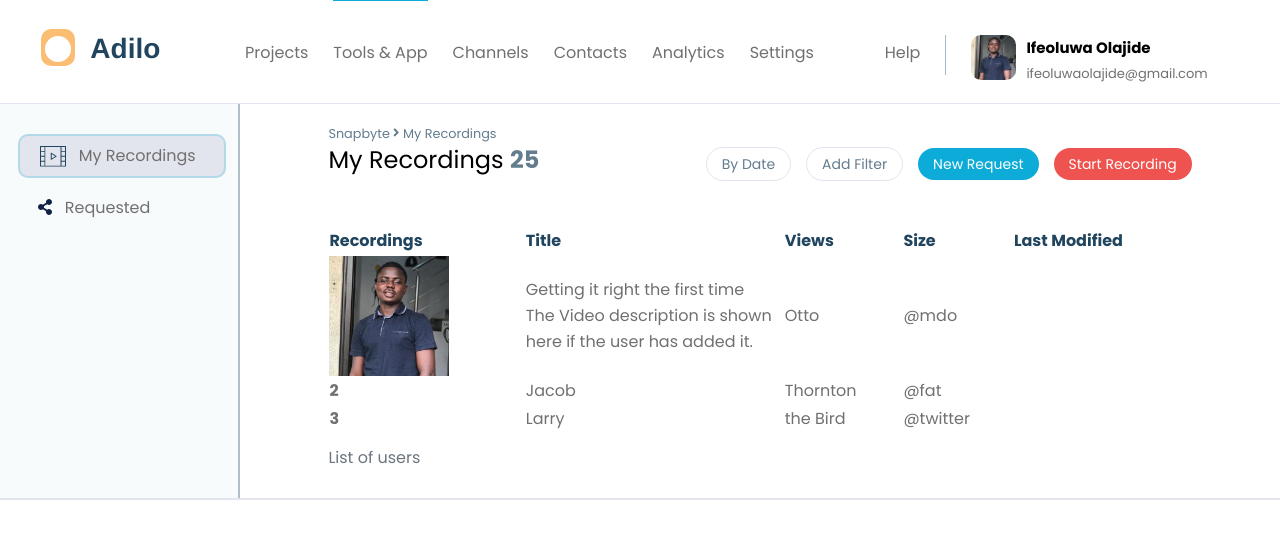
Repository: olhighjay/video_recorder
Page: /
The author's editor kept a copy of each file at every save. The page is drawn from the files as they stood at one save, then again after the next save.
The browser window is 1280 px wide. The pictures show the whole page.
Some web libraries are served in a nearby version. The project was rebuilt for these pictures with package versions that can differ from the ones it lists, and the page was loaded fresh each time. Also part of the build but not shown: vue.config.js.

Above is the page before, as saved 2022-07-29 06:11:11.

### public/index.html
<!DOCTYPE html>
<html lang="">
  <head>
    <meta charset="utf-8">
    <meta http-equiv="X-UA-Compatible" content="IE=edge">
    <meta name="viewport" content="width=device-width,initial-scale=1.0">
    <link rel="icon" href="<%= BASE_URL %>favicon.ico">
    <title><%= htmlWebpackPlugin.options.title %></title>
    <link rel="stylesheet" href="https://cdn.jsdelivr.net/npm/bootstrap@4.0.0/dist/css/bootstrap.min.css" integrity="sha384-Gn5384xqQ1aoWXA+058RXPxPg6fy4IWvTNh0E263XmFcJlSAwiGgFAW/dAiS6JXm" crossorigin="anonymous">
    <link rel="stylesheet" href="https://cdnjs.cloudflare.com/ajax/libs/font-awesome/5.1.0/css/all.css" integrity="sha512-ajhUYg8JAATDFejqbeN7KbF2zyPbbqz04dgOLyGcYEk/MJD3V+HJhJLKvJ2VVlqrr4PwHeGTTWxbI+8teA7snw==" crossorigin="anonymous" referrerpolicy="no-referrer" />
  </head>
  <body>
    <noscript>
      <strong>We're sorry but <%= htmlWebpackPlugin.options.title %> doesn't work properly without JavaScript enabled. Please enable it to continue.</strong>
    </noscript>
    <div id="app"></div>
    <!-- built files will be auto injected -->

    <script src="https://cdnjs.cloudflare.com/ajax/libs/font-awesome/5.1.0/js/all.js" integrity="sha512-vn7pO1RiR0IT5T9K+USTmMfkTaecOtFtCCV0JvT+j8ZPBujq6C3P5J2sHttG7D41pBPqLCih+7lIXamnFodtUw==" crossorigin="anonymous" referrerpolicy="no-referrer"></script>
    <script src="https://code.jquery.com/jquery-3.2.1.slim.min.js" integrity="sha384-KJ3o2DKtIkvYIK3UENzmM7KCkRr/rE9/Qpg6aAZGJwFDMVNA/GpGFF93hXpG5KkN" crossorigin="anonymous"></script>
<script src="https://cdn.jsdelivr.net/npm/popper.js@1.12.9/dist/umd/popper.min.js" integrity="sha384-ApNbgh9B+Y1QKtv3Rn7W3mgPxhU9K/ScQsAP7hUibX39j7fakFPskvXusvfa0b4Q" crossorigin="anonymous"></script>
<script src="https://cdn.jsdelivr.net/npm/bootstrap@4.0.0/dist/js/bootstrap.min.js" integrity="sha384-JZR6Spejh4U02d8jOt6vLEHfe/JQGiRRSQQxSfFWpi1MquVdAyjUar5+76PVCmYl" crossorigin="anonymous"></script>
  </body>
</html>

### src/App.vue
<template>
  <!-- <img alt="Vue logo" src="./assets/logo.png"> -->
  <div>
    <navbar></navbar>
    <div id="main-flex">
      <div class="my-sidebar">
        <ul class="my-sidebar-items">
            <li class="sidebar-item-active"> <img src="./assets/video-player.png" alt=""> &nbsp; My Recordings</li>
            <li> <i class="fa fa-share-alt" style="color:#102346"></i> &nbsp; Requested</li>
        </ul>
      </div>
        <div class="my-main">
          <div class="my-main-container">
            <div><small class="breadcrumbs">Snapbyte <i class="fa fa-angle-right" style="font-weight:200"></i> My Recordings</small></div>
            <div class="subheading-tab">
              <div> <span class="my-recordings">My Recordings </span><span class="my-recordings-count">25</span> </div>
              <div>
                <button class="sub-heading-btn white-btn">By Date</button>
                <button class="sub-heading-btn white-btn">Add Filter</button>
                <button class="sub-heading-btn blue-btn">New Request</button>
                <button class="sub-heading-btn red-btn">Start Recording</button>
              </div>
            </div>
            <!-- <div style="border: 1px dashed #A3BAC6; margin-top:30px;
              border-radius: 38px;
              opacity: 1; padding-top:105.9px; padding-bottom:68.5px">
              <p style="color: #000; font-size: 22px; text-align:center; font-weight:medium; margin-top:56px">Say hello to the world!</p>
              <p style="color: #637C8E; font-size: 14px; text-align:center;">Record your first video/audio and share it what your team, friends, <br />followers and customers.</p>
              <div class="text-center">
                <button class="sub-heading-btn red-btn">Start Recording</button>
                <button class="sub-heading-btn blue-btn">New Request</button>
              </div>
            </div>
            <div class="footer" style="margin-top:42px; margin-bottom: 140px">
              <div>

              </div>
              <div>
                <p style="font-size: 26px; color:#21455E">Want more controls & better <br />quality recording?</p>
                <button class="sub-heading-btn blue-btn">Download the desktop recorder</button>
              </div>
            </div> -->
            <div class="table-responsive-xl" style="margin-top:46.1px">
              <table class="">
  <caption>List of users</caption>
  <thead>
    <tr>
      <th scope="col" style="color:#21455E">Recordings</th>
      <th scope="col" style="color:#21455E">Title</th>
      <th scope="col" style="color:#21455E">Views</th>
      <th scope="col" style="color:#21455E">Size</th>
      <th scope="col" style="color:#21455E">Last Modified</th>
    </tr>
  </thead>
  <tbody>
    <tr>
      <th scope="row">
        <img alt="Profile Image" src="./assets/profile.jpg" style="width:120px; heigth:65px">
      </th>
      <td style="width:30%">
        <span>Getting it right the first time </span> <br />
        <span>The Video description is shown here if the user has added it. </span>
      </td>
      <td>Otto</td>
      <td>@mdo</td>
    </tr>
    <tr>
      <th scope="row">2</th>
      <td>Jacob</td>
      <td>Thornton</td>
      <td>@fat</td>
    </tr>
    <tr>
      <th scope="row">3</th>
      <td>Larry</td>
      <td>the Bird</td>
      <td>@twitter</td>
    </tr>
  </tbody>
</table>
            </div>
          </div>
        </div>
    </div>
  </div>
</template>

<script>
// import HelloWorld from './components/HelloWorld.vue'
import Navbar from './layouts/Navbar.vue'

export default {
  name: 'App',
  components: {
    Navbar
  }
}
</script>


<style>
 @import url('https://fonts.googleapis.com/css2?family=Poppins:wght@400;500;700&display=swap');

#main-flex {
  display: flex;
  width: 100%;
}

.my-sidebar {
  flex: 0 0 240px;
  /* width: 20%; */
  /* height: 100%; */
  background-color: #ebf2f656;
  border-right: 2px solid #21455e54;
  /* border-right: 2px solid #21455E; */
  /* width:250px; */
}
.my-sidebar-items {
  list-style: none;
  padding: 20px 0;
}
.my-sidebar-items>li {
  margin : 10px 12px 10px 18px;
  padding: 7px 20px ;
}
.sidebar-item-active {
  background-color: #E2E5ED;
  border: 2px solid #0DABD838;
  border-radius: 10px;
}





.my-main {
  flex: 1;
  flex-wrap: wrap;
}
.my-main-container {
  padding: 1.5% 8.5%;
}
.subheading-tab {
  display: flex;
  justify-content: space-between;
}
.sub-heading-btn {
  padding: 3px 15px;
  border-radius: 20px;
  margin-left: 15px;
  font-size: 14px;
}
.white-btn {
  border: 1px solid #E2E5ED;
  background-color: white;
  color: #637C8E;
}
.blue-btn {
  border: none;
  background-color: #0DABD8;
  color: #fff;
}
.red-btn {
  border: none;
  background-color: #EF5350;
  color: #fff;
}
.my-recordings, .my-recordings-count {
  font-size: 24px;
  color: #000
}
.my-recordings {
  color: #000
}
.my-recordings-count {
  color: #637C8E;
  font-weight: 600;
}
.breadcrumbs {
  color:#637C8E;
}



#app {
  font-family: Avenir, Helvetica, Arial, sans-serif;
  font: normal normal normal 14px/26px Poppins;
  -webkit-font-smoothing: antialiased;
  -moz-osx-font-smoothing: grayscale;
   /* text-align: center; */
   font-size: 16px;
  color: #707070;
  border-bottom: solid 2px #E2E5ED;
  overflow: hidden;
  /* margin-top: 60px;  */
}


</style>

### src/layouts/Navbar.vue
<template>
    <nav class="">
      <div class="nav-logo-area">
        <div class="nav-logo-area-inner">
          <div class="white-logo-wrap">
            <span class="white-logo-bkg">
            <img alt="Adilo logo" src="../assets/swarm.png">
            </span>
          </div>
          <div class="adilo">Adilo</div>
        </div>
      </div>
      <div class="nav-tab">
        <ul class="my-nav-list">
          <li><a>Projects</a></li>
          <li class="active-nav-item"> <a>Tools & App</a></li>
          <li><a>Channels</a></li>
          <li><a>Contacts</a></li>
          <li><a>Analytics</a></li>
          <li><a>Settings</a></li>
        </ul>
      </div>
      <div class="nav-profile">
        <ul class="my-nav-list">
          <li><a>Help</a></li>
        </ul>
        <div class="profile-info">
          <div class="profile-border"></div>
          <div >
            <img alt="Profile Image" src="../assets/profile.jpg" class="profile-img">
          </div>
          <div style="margin-left:10px">
            <span class="profile-name">Ifeoluwa Olajide </span>
            <p class="profile-email">ifeoluwaolajide@gmail.com</p>
          </div>
        </div>
      </div>
    </nav>
</template>
<script>
export default {
    name: 'NavbarComponent'
}
</script>
<style>
     nav {
    display: flex;
    /* height: 69px; */
    padding: 0 0.032%;
    border-bottom: solid 1px #E2E5ED;
  }

  .nav-logo-area {
    flex: 0 0 16%;
    padding-left: 3.2%;
    padding-top: 19px;
    padding-bottom: 27px;
  }
  .nav-logo-area-inner {
    display: flex;
  }
  .nav-tab {
    flex: 0 0 50%;
  }
  .nav-profile {
    flex: 0 0 34%;
    display: flex;
  }
  .my-nav-list {
    list-style: none;
    padding-top: 40px;
  }
  .my-nav-list>li {
    display: inline;
    margin-right: 25px;
    padding-top: 40px;
  }
  .my-nav-list>li>a {
    text-align: left;
    /* font: normal normal normal 18px/27px Poppins; */
    letter-spacing: 0px;
    color: #707070;
    opacity: 1
  }
  .white-logo-wrap {
    padding-top:16px;
  }
  .white-logo-bkg {
    background-color:#FBBD71;
    padding:7px 4px;
    border-radius:10px;
  }
  .adilo {
    font: normal normal bold 28px/32px Helvetica;
    font-size:28px;
    margin-left:15px;
    font-weight:bold;
    color:#21455E;
    padding-top:14px;
  }
  .profile-info {
    padding-top:35px;
    display:flex;
  }
  .active-nav-item {
    border-top: 6px solid #0DABD8;
  }
  .profile-border {
    border-left: 1px solid #A3BAC6;
    padding-left:25px;
    height:40px;
  }
  .profile-img {
    width:45px; height: 45px;
    border-radius:10px;
  }
  .profile-name {
    font-weight:bold;
    font-size:15px;
    color:black;
  }
  .profile-email {
    font-size:13px;
  }
</style>

Loaded but not shown: src/main.js (common file)

After the next save:
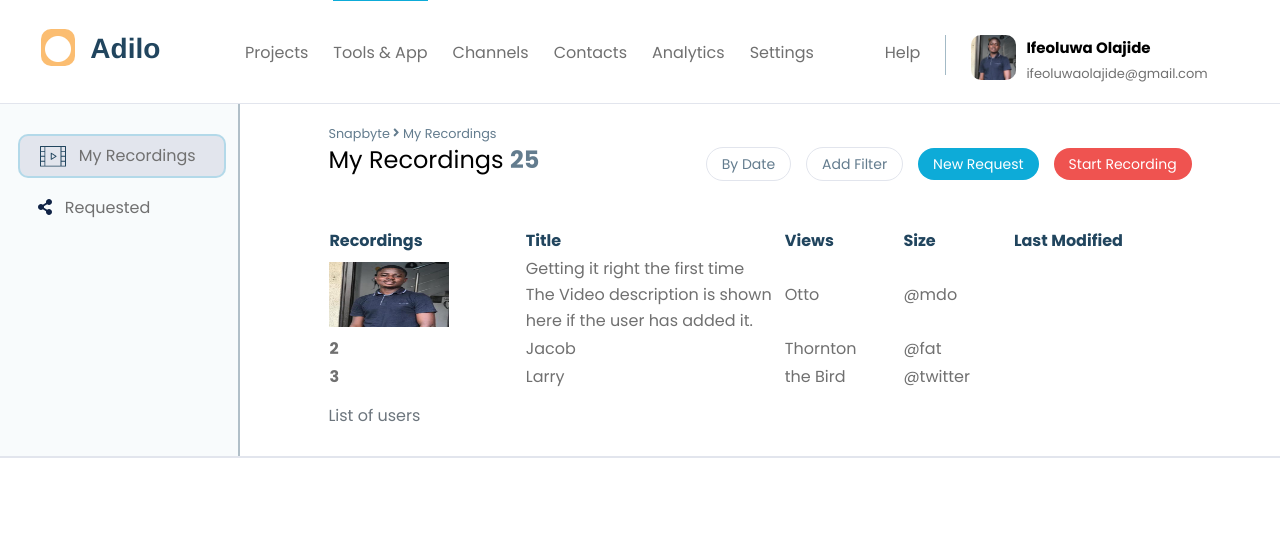
Saved 12 s later.
--- a/src/App.vue
+++ b/src/App.vue
@@ -55,7 +55,7 @@
   <tbody>
     <tr>
       <th scope="row">
-        <img alt="Profile Image" src="./assets/profile.jpg" style="width:120px; heigth:65px">
+        <img alt="Profile Image" src="./assets/profile.jpg" style="width:120px; height:65px">
       </th>
       <td style="width:30%">
         <span>Getting it right the first time </span> <br />
